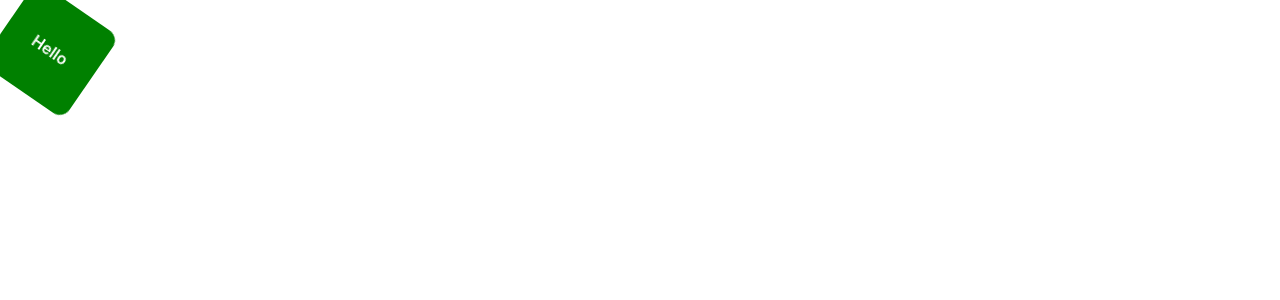
Repository: jr-frazier/visx-test
Page: /svg/1/Square
The author's editor kept a copy of each file at every save. The page is drawn from the files as they stood at one save, then again after the next save.
The browser window is 1280 px wide. The pictures show the whole page.
The project was rebuilt for these pictures with package versions that can differ from the ones it lists, and the page was loaded fresh each time. The framework's server and built-in components were replaced by stand-ins that run in the browser. Also part of the build but not shown: next.config.js.

Above is the page before, as saved 2022-05-09 06:46:26.

After the next save:
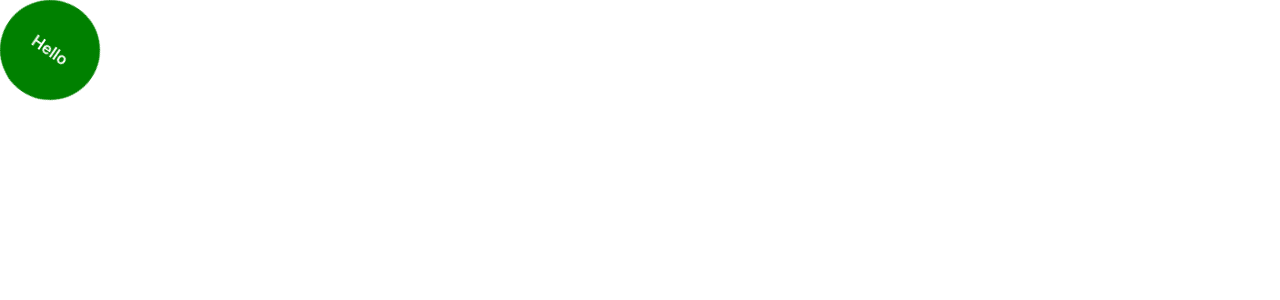
Saved 14 s later.
--- a/pages/svg/1/Square.tsx
+++ b/pages/svg/1/Square.tsx
@@ -42,7 +42,7 @@ export default function Squares({ squares }: { squares: number }) {
                         style={{
                             width: '100px',
                             height: '100px',
-                            borderRadius: '12px',
+                            borderRadius: '100px',
                             display: 'flex',
                             alignItems: 'center',
                             justifyContent: 'center',
